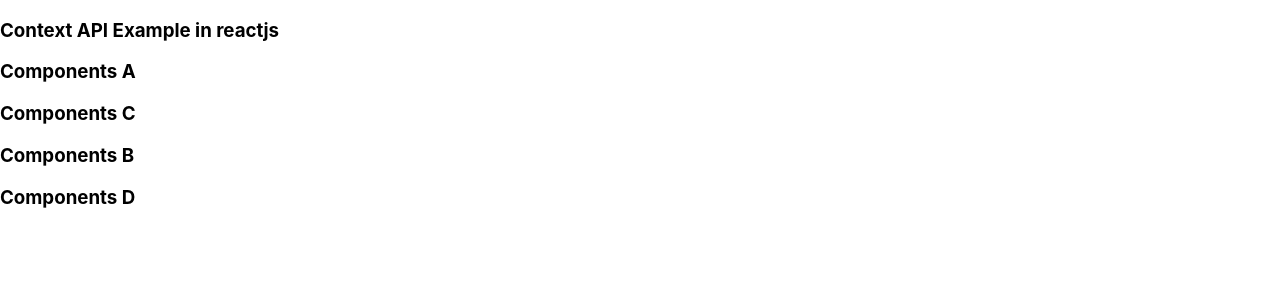
Repository: lalji-yadav/React-Context-API
Page: /
These files come from the project's save history. The page is drawn as it stood at one moment and after a run of saves; the edit follows.
The browser window is 1280 px wide. The pictures show the whole page.
The project was rebuilt for these pictures with package versions that can differ from the ones it lists, and the page was loaded fresh each time. Also part of the build but not shown: src/App.css.

Above is the page before, as saved 2021-02-09 16:33:28.

After the next 2 saves:
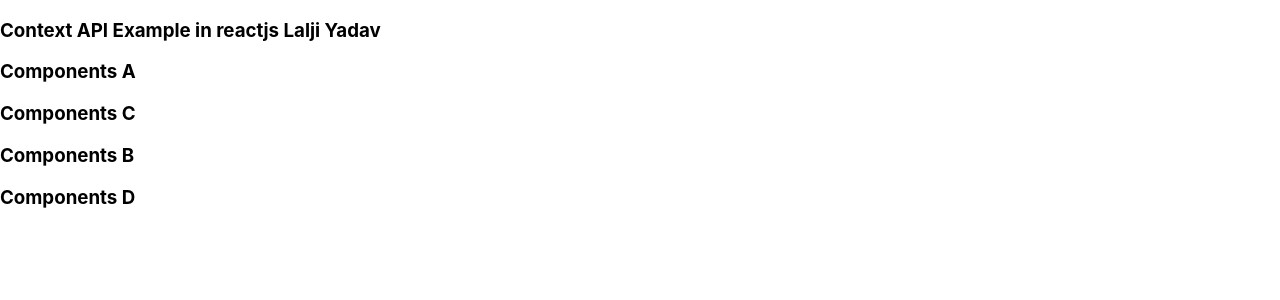
The 2 saves are shown as one change because 1 did not build or start.
The last was saved 4 min 52 s later.
--- a/src/App.js
+++ b/src/App.js
@@ -1,11 +1,17 @@
+import { useState } from 'react';
 import './App.css';
 import A from "./components/A";
 import B from "./components/B";
 
 function App() {
+
+  const [data, setData] = useState({
+    name: "Lalji Yadav"
+  })
+
   return (
     <div>
-      <h3> Context API Example in reactjs </h3>
+      <h3> Context API Example in reactjs {data.name} </h3>
 
       <A />
       <B />
